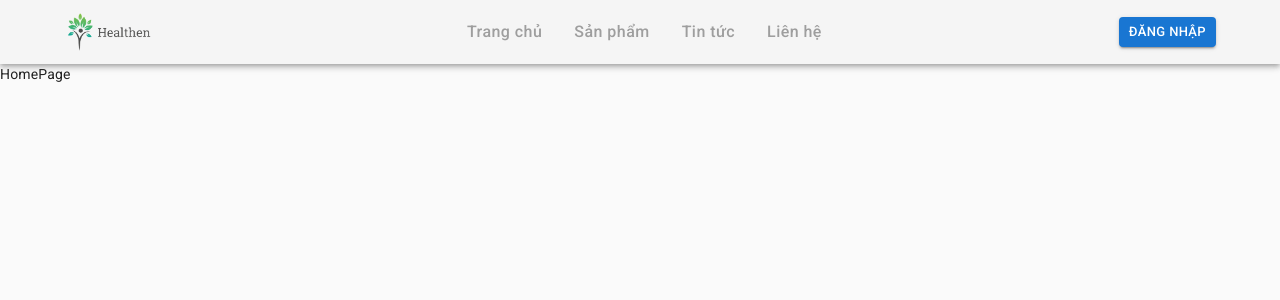
Repository: ndtrung341/Bao_Cao_PTW
Page: / (app in client/)
The author's editor kept a copy of each file at every save. The page is drawn from the files as they stood at one save, then again after the next save.
The browser window is 1280 px wide. The pictures show the whole page.
The project was rebuilt for these pictures with package versions that can differ from the ones it lists, and the page was loaded fresh each time. Also part of the build but not shown: client/src/App.css, client/src/features/cart/index.jsx.

Above is the page before, as saved 2022-03-24 14:57:56.

After the next save:
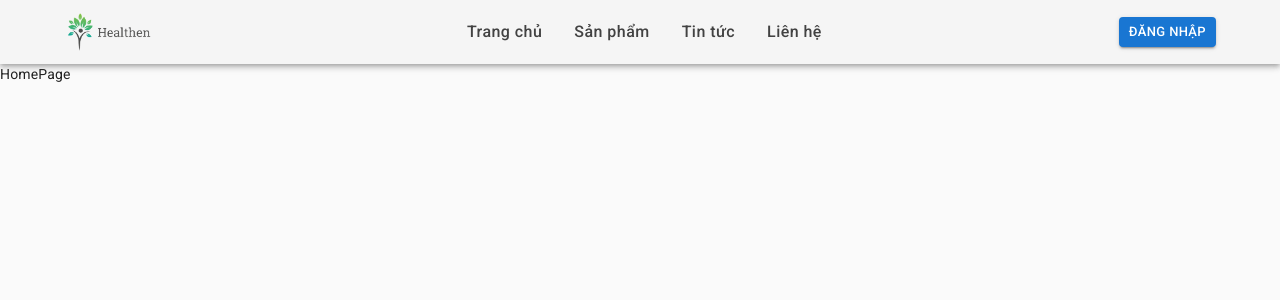
Saved 10 s later.
--- a/client/src/components/Header/HeaderMenu.jsx
+++ b/client/src/components/Header/HeaderMenu.jsx
@@ -16,7 +16,7 @@
       },
    },
    link: {
-      color: theme.palette.grey[500],
+      color: theme.palette.grey[800],
       textTransform: 'none',
       textDecoration: 'none',
    },
